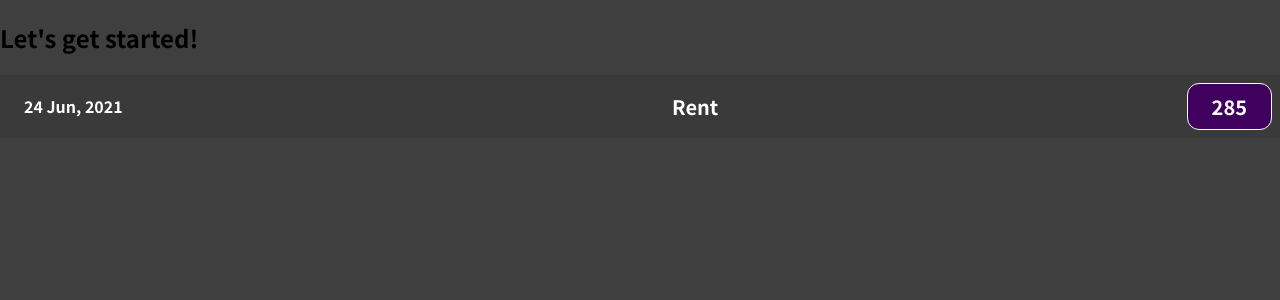
Repository: pial0007l/React
Page: / (app in 01-starting-setup/)
An editor plug-in stored every save of this project. The page is shown before and after the next save, followed by the edit.
The browser window is 1280 px wide. The pictures show the whole page.
The project was rebuilt for these pictures with package versions that can differ from the ones it lists, and the page was loaded fresh each time.

Above is the page before, as saved 2021-06-24 10:26:18.

### 01-starting-setup/src/App.js
import ExpenseItem from './components/ExpenseItem'

function App() {
  return (
    <div>
      <h2>Let's get started!</h2>
      <ExpenseItem></ExpenseItem>
    </div>
  );
}

export default App;

### 01-starting-setup/src/components/ExpenseItem.js
import './ExpenseItem.css'

function ExpenseItem(){
    return (
        <div className='expense-item'>
             <h2>24 Jun, 2021</h2>
             <div className='expense-item__description'>
                 <h2>Rent</h2>
                 <div className='expense-item__price'>285</div>
             </div>
        </div>

    );
}

export default ExpenseItem;

### 01-starting-setup/src/components/Expenses/ExpenseItem.css
.expense-item {
    display: flex;
    justify-content: space-between;
    align-items: center;
    background-color: #3a3a3a;
    padding: 0.5rem;
    margin: 1rem 0;
  }

  .expense-item__description {
    display: flex;
    flex-direction: column;
    gap: 1rem;
    align-items: flex-end;
    flex-flow: column-reverse;
    justify-content: flex-start;
    flex: 1;
  }

  .expense-item h2 {
    color: #3a3a3a;
    font-size: 1rem;
    flex: 1;
    margin: 0 1rem;
    color: white;
  }

  .expense-item__price {
    font-size: 1rem;
    font-weight: bold;
    color: white;
    background-color: #40005d;
    border: 1px solid white;
    padding: 0.5rem;
    border-radius: 12px;
  }

  @media (min-width: 580px) {
    .expense-item__description {
      flex-direction: row;
      align-items: center;
      justify-content: flex-start;
      flex: 1;
    }

    .expense-item__description h2 {
      font-size: 1.25rem;
    }

    .expense-item__price {
      font-size: 1.25rem;
      padding: 0.5rem 1.5rem;
    }
  }

Loaded but not shown: 01-starting-setup/public/index.html (common file); 01-starting-setup/src/index.js (common file); 01-starting-setup/src/index.css (common file)

After the next save:
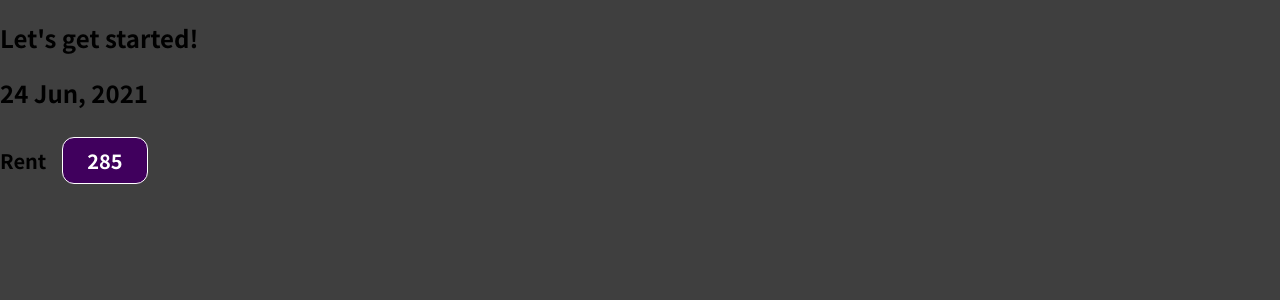
Saved 63 s later.
--- a/01-starting-setup/src/components/ExpenseItem.js
+++ b/01-starting-setup/src/components/ExpenseItem.js
@@ -2,7 +2,7 @@
 
 function ExpenseItem(){
     return (
-        <div className='expense-item'>
+        <div className="">
              <h2>24 Jun, 2021</h2>
              <div className='expense-item__description'>
                  <h2>Rent</h2>

After the save that followed:
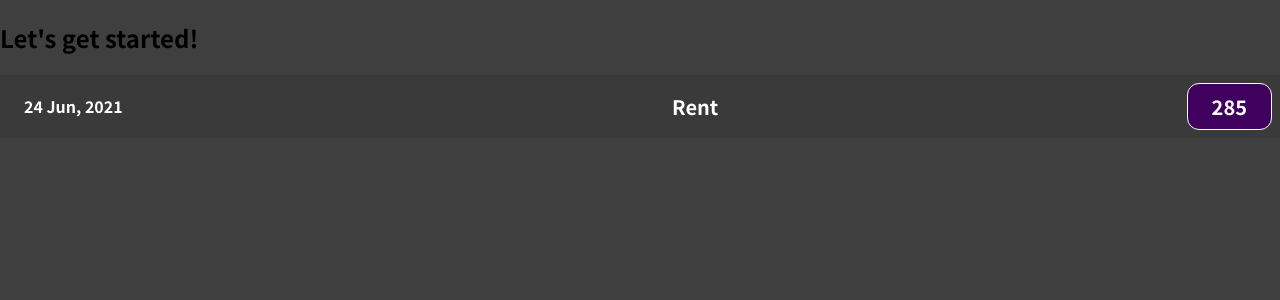
Saved 8 s later.
--- a/01-starting-setup/src/components/ExpenseItem.js
+++ b/01-starting-setup/src/components/ExpenseItem.js
@@ -2,7 +2,7 @@
 
 function ExpenseItem(){
     return (
-        <div className="">
+        <div className="expense-item">
              <h2>24 Jun, 2021</h2>
              <div className='expense-item__description'>
                  <h2>Rent</h2>
